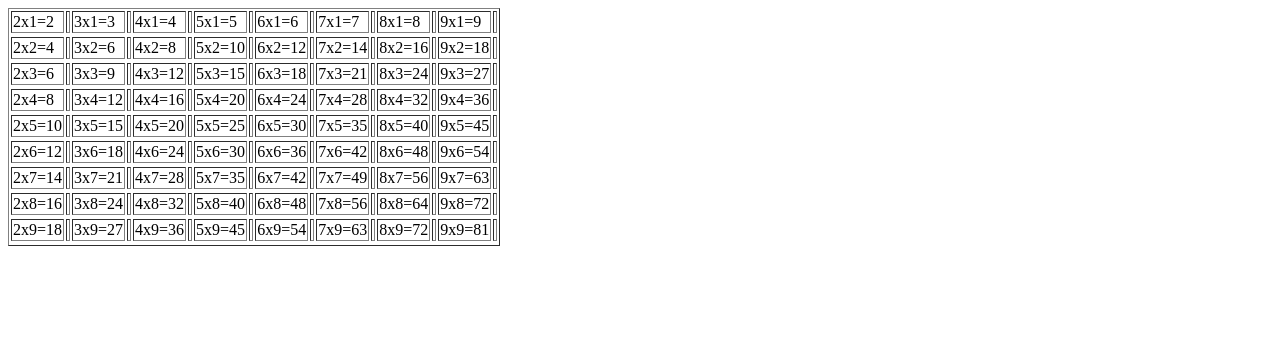
Repository: tldnwkd/jspclass2026
Page: http://localhost/chapter01/test02.jsp
These files come from the project's save history. The page is drawn as it stood at one moment and after the next save; the edit follows.
The browser window is 1280 px wide. The pictures show the whole page.
The page is served by Tomcat 9.

Above is the page before, as saved 2026-10-16 04:19:23.

### chapter01/src/main/webapp/test02.jsp
<%@ page language="java" contentType="text/html; charset=UTF-8"
    pageEncoding="UTF-8" import="java.util.*"%>
<!DOCTYPE html>
<html>
<head>
<meta charset="UTF-8">
<title>Insert title here</title>
</head>
<body>
<!-- 구구단 2단~ 9단까지 모두 출력할 것 -->

<table border="1">
<%for(int i=1; i<10; i++) {%>
	<tr>
	<%for(int j=2; j<10; j++){%>
	<td><%=j%>x<%=i%>=<%=j*i%><td/>
	<%}%>
	<tr/>
<%}%>
</table>
</body>
</html>

After the next save:
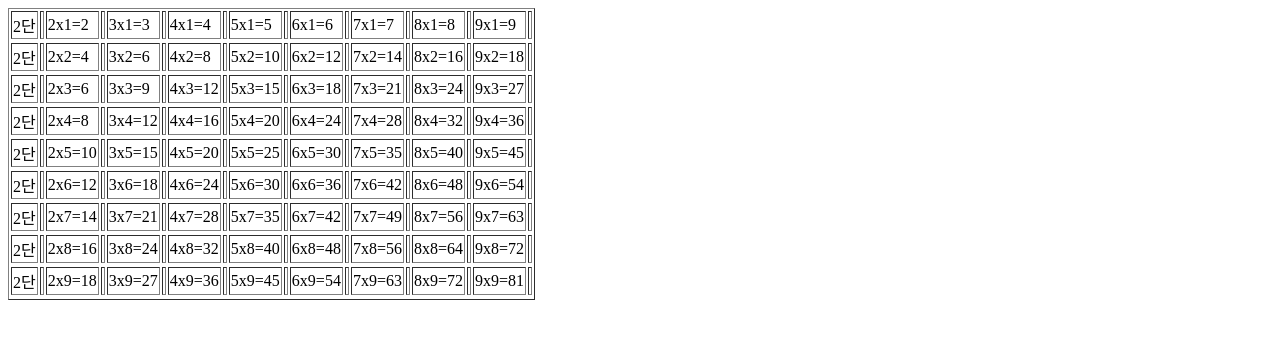
Saved 2 min 21 s later.
--- a/chapter01/src/main/webapp/test02.jsp
+++ b/chapter01/src/main/webapp/test02.jsp
@@ -11,7 +11,7 @@
 
 <table border="1">
 <%for(int i=1; i<10; i++) {%>
-	<tr>
+	<tr><td>2단<td/>
 	<%for(int j=2; j<10; j++){%>
 	<td><%=j%>x<%=i%>=<%=j*i%><td/>
 	<%}%>

After the save that followed:
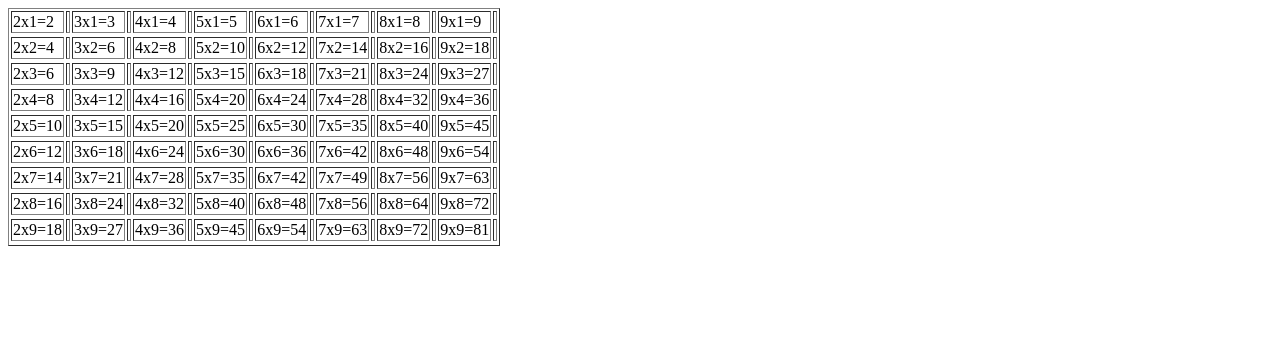
Saved 23 s later.
--- a/chapter01/src/main/webapp/test02.jsp
+++ b/chapter01/src/main/webapp/test02.jsp
@@ -11,7 +11,7 @@
 
 <table border="1">
 <%for(int i=1; i<10; i++) {%>
-	<tr><td>2단<td/>
+	<tr>
 	<%for(int j=2; j<10; j++){%>
 	<td><%=j%>x<%=i%>=<%=j*i%><td/>
 	<%}%>
